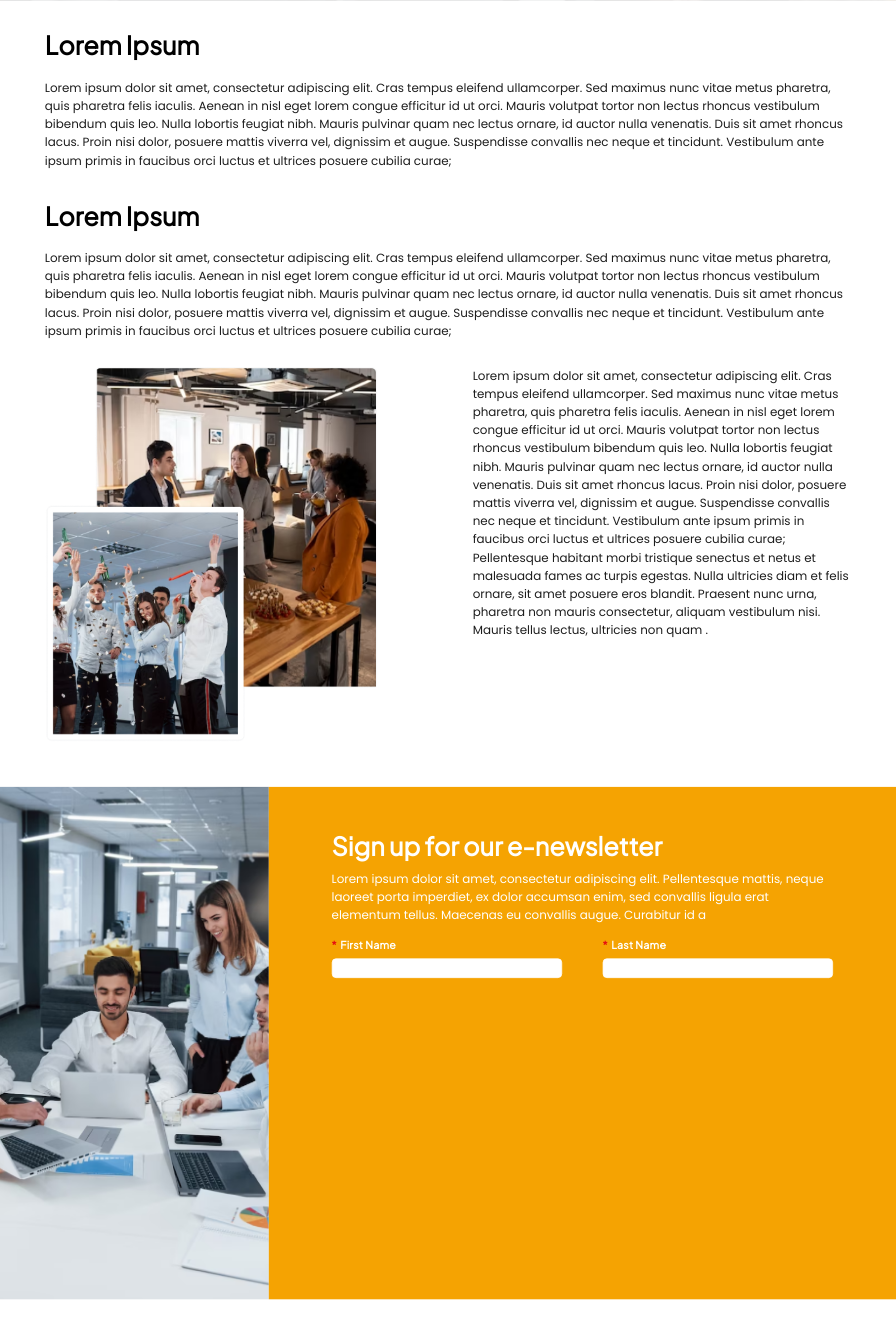
Repository: Akash8377/Hospitality-website
Page: /about-us
These files come from the project's save history. The page is drawn as it stood at one moment and after the next save; the edit follows.
The browser window is 1280 px wide. The pictures show the part of the page from y = 683 to 2603 px (the page is 2603 px tall), at 70% of full size.
Some web libraries are served in a nearby version. The project was rebuilt for these pictures with package versions that can differ from the ones it lists, and the page was loaded fresh each time. Also part of the build but not shown: src/Component/Partial/heading-cont.js, src/Component/Shared/about-us.js, src/Component/Shared/Banner.js, src/Component/Shared/popular-jobs.js, src/Component/Sliders/ServiceSlider.js, src/Component/Sliders/ReviewSlider.js, src/Component/Partial/index-banner.js, src/Component/Partial/index-buisness-banner.js and 2 more.

Above is the page before, as saved 2023-07-07 12:11:06.

After the next save:
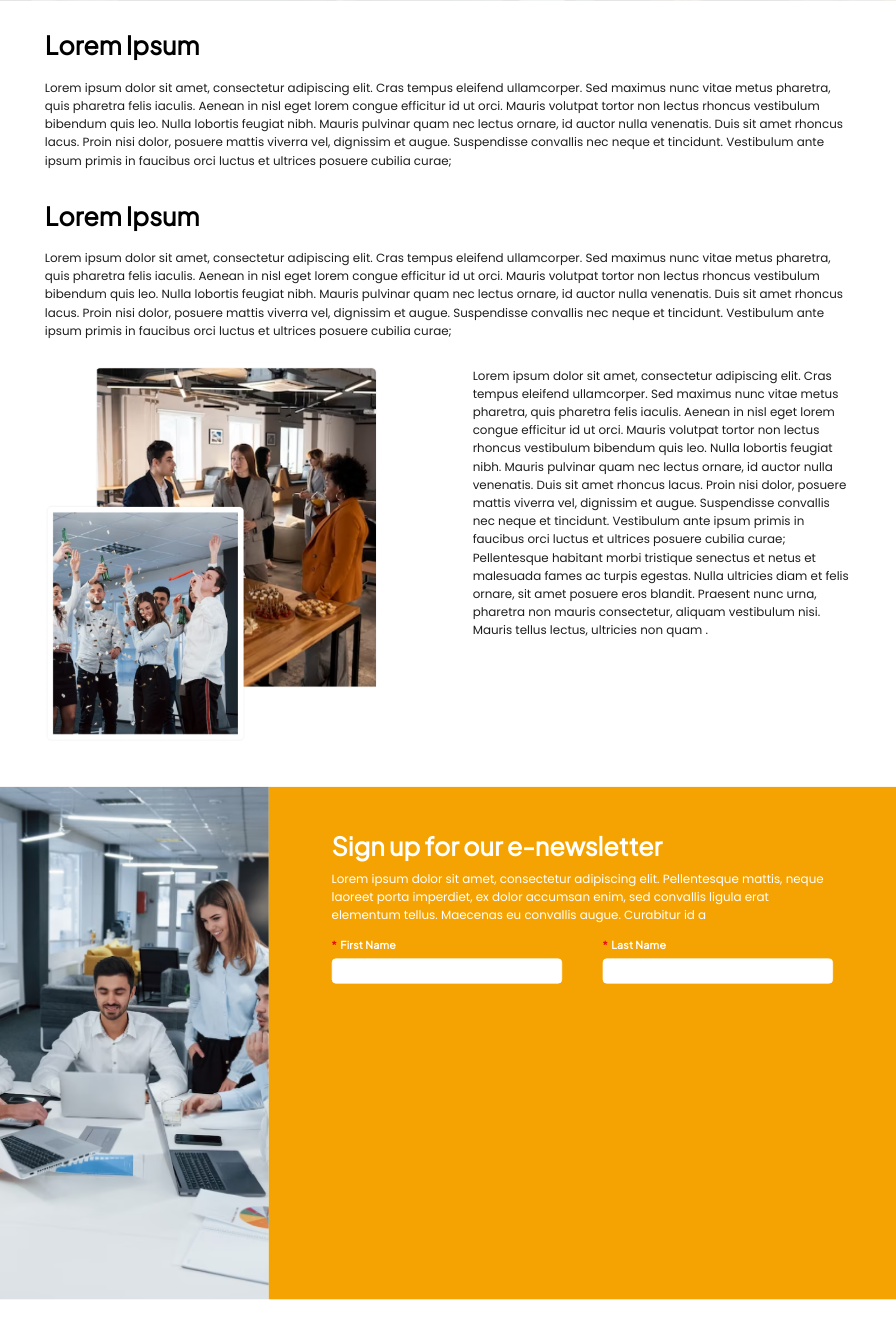
Saved 5 s later.
--- a/src/Css/Lap.css
+++ b/src/Css/Lap.css
@@ -835,4 +835,5 @@
 border: 1px solid #FFF;
 background: #FFF;
 width: 100%;
-}
+padding: 5px;
+}
